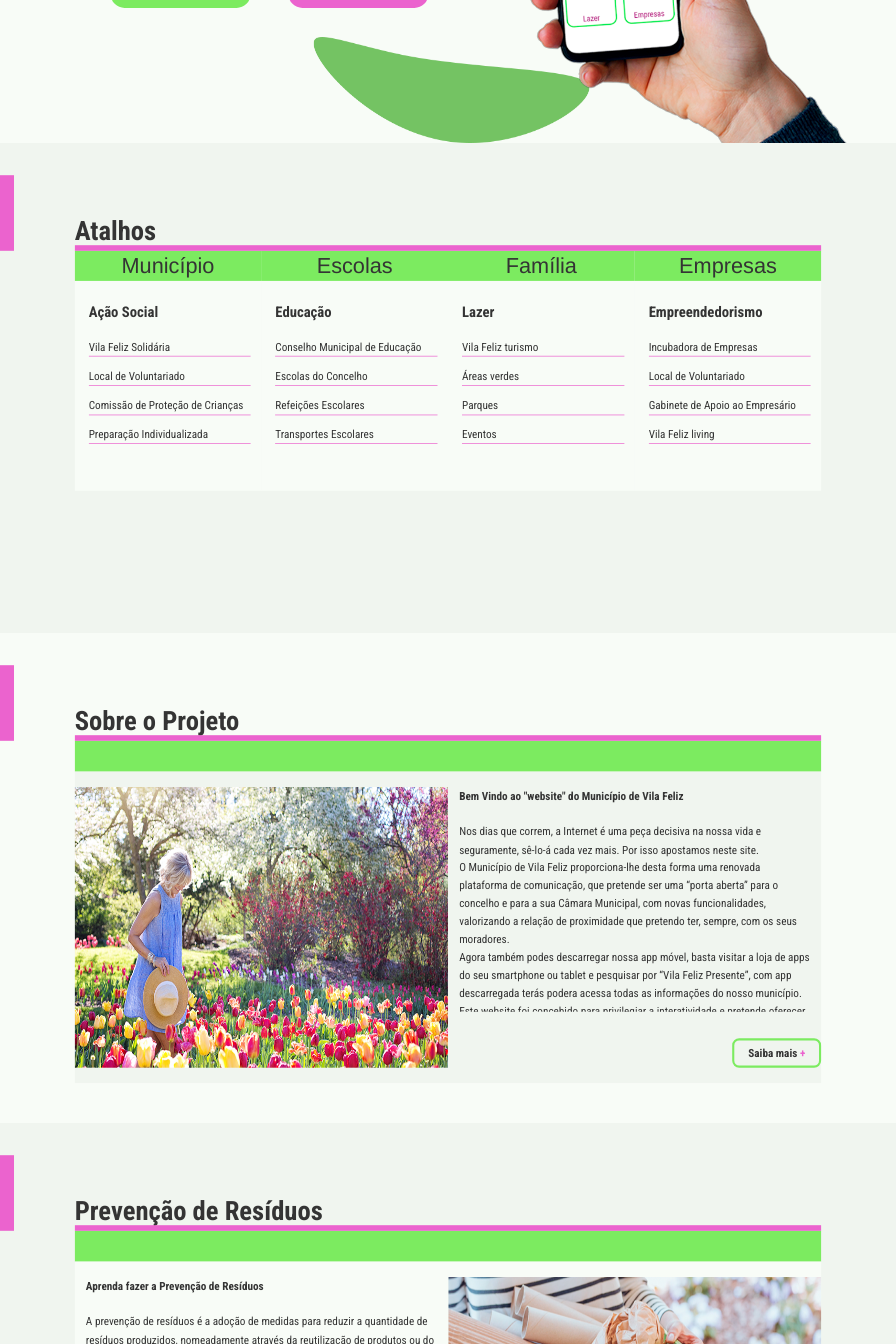
Repository: Goulart94/CmVilaFeliz
Page: index.html
An editor plug-in stored every save of this project. The page is shown before and after the next save, followed by the edit.
The browser window is 1280 px wide. The pictures show the part of the page from y = 2056 to 3976 px (the page is 5158 px tall before and 5480 px after), at 70% of full size.
The style sheet was rebuilt from its Sass, Less or Tailwind sources for each picture, by a compiler version that may differ from the author's.

Above is the page before, as saved 2022-05-16 10:07:26.

After the next save:
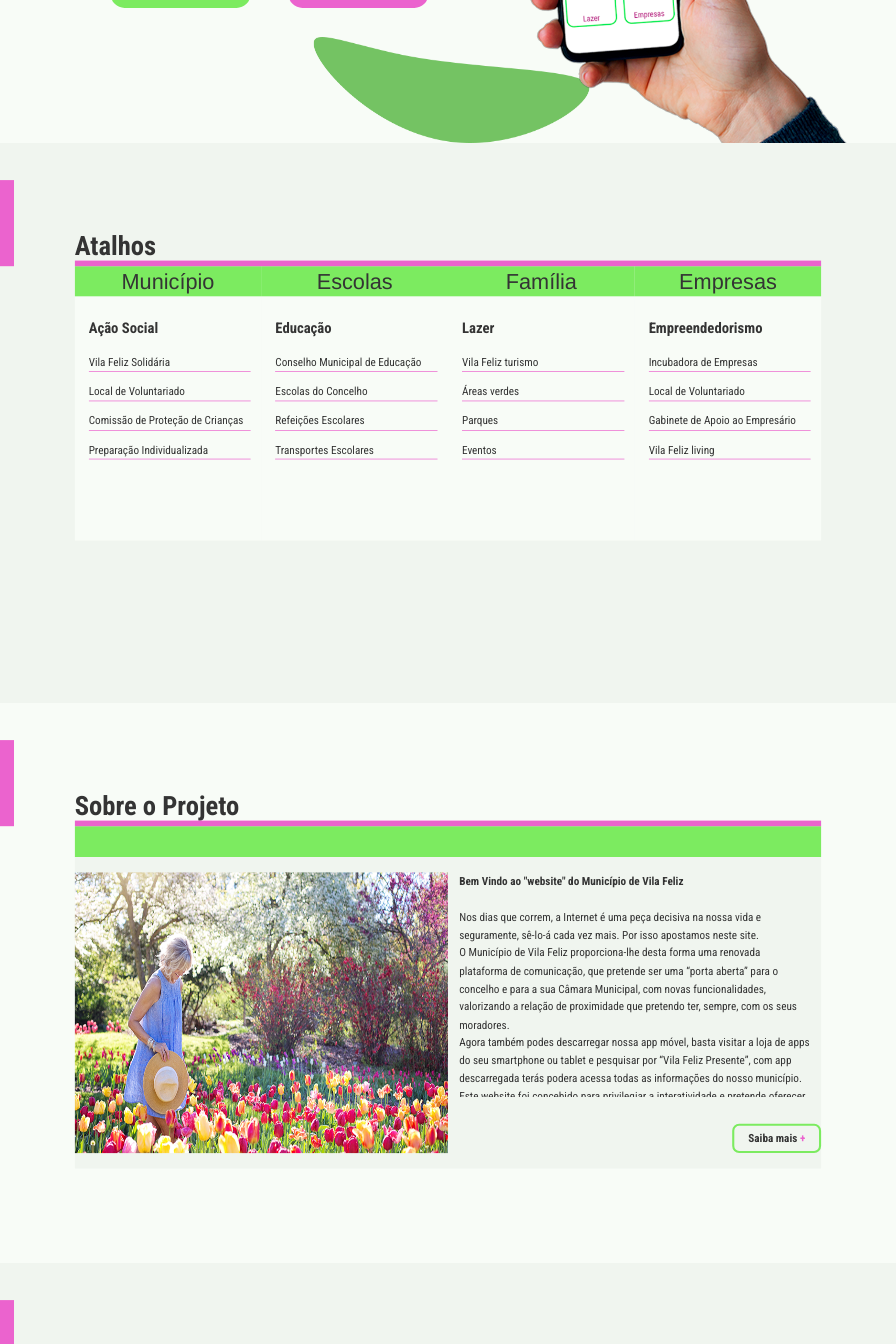
Saved 13 s later.
--- a/css/app.scss
+++ b/css/app.scss
@@ -286,7 +286,7 @@ body {
 
 .containerSection {
   width: 100%;
-  height: 700px;
+  height: 800px;
 
   .contentHeader {
     width: 100%;
